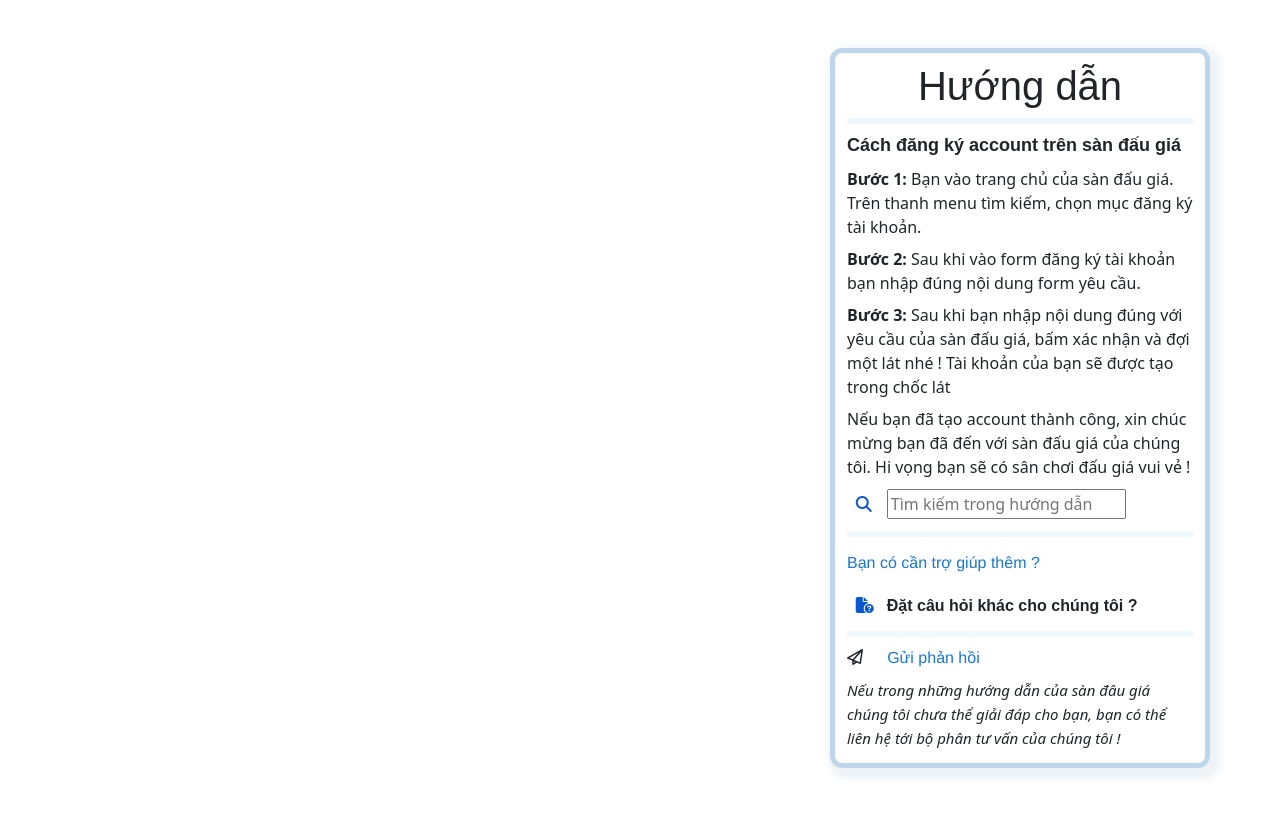
Repository: SonPhamThe/C0622G1-module5
Page: prototype--module6/guides/guide1.html
The author's editor kept a copy of each file at every save. The page is drawn from the files as they stood at one save, then again after a run of saves.
The browser window is 1280 px wide. The pictures show the whole page.
Some web libraries are served in a nearby version.

Above is the page before, as saved 2022-12-07 15:22:07.

### prototype--module6/guides/guide1.html
<!DOCTYPE html>
<html lang="en">
  <head>
    <meta charset="UTF-8" />
    <meta
      name="viewport"
      content="width=device-width, user-scalable=no, initial-scale=1.0, maximum-scale=1.0, minimum-scale=1.0"
    />
    <meta http-equiv="X-UA-Compatible" content="ie=edge" />
    <title>Trang chủ hướng dẫn</title>
    <link rel="stylesheet" href="guide1.css" />
    <link rel="icon" type="image/x-icon" href="favicon.ico" />

    <link
      rel="stylesheet"
      href="https://cdnjs.cloudflare.com/ajax/libs/font-awesome/6.2.1/css/all.min.css"
    />

    <link
      href="https://cdn.jsdelivr.net/npm/bootstrap@5.1.3/dist/css/bootstrap.min.css"
      rel="stylesheet"
      integrity="sha384-1BmE4kWBq78iYhFldvKuhfTAU6auU8tT94WrHftjDbrCEXSU1oBoqyl2QvZ6jIW3"
      crossorigin="anonymous"
    />
    <script
      src="https://cdn.jsdelivr.net/npm/bootstrap@5.1.3/dist/js/bootstrap.bundle.min.js"
      integrity="sha384-ka7Sk0Gln4gmtz2MlQnikT1wXgYsOg+OMhuP+IlRH9sENBO0LRn5q+8nbTov4+1p"
      crossorigin="anonymous"
    ></script>
    <link
      rel="stylesheet"
      href="https://cdnjs.cloudflare.com/ajax/libs/font-awesome/5.15.4/css/all.min.css"
    />
  </head>
  <body>
    <!--Khi chọn mục hướng dẫn trên navbar sẽ đổ modal xuống. Ở trang chủ hướng dẫn em tính làm gồm những phần:
      Cách đăng ký account,
      Thay đổi hoặc đặt lại mật khẩu của bạn,
      Quản lý mật khẩu, vv....
      Khi click một trong số option sẽ chuyển qua một form chứa nội dung của từng tiêu đề đó
     -->
    <div class="container mb-5 mt-5">
      <div class="row">
        <div class="col-lg-4"></div>
        <div class="col-lg-4"></div>
        <div class="boxed col-lg-4 shadow-md" style="height: 100% !important">
          <form>
            <div class="mt-1 text-center">
              <h1 style="font-family: sans-serif">Hướng dẫn</h1>
            </div>
            <div
              class="mb-2"
              style="height: 6px; background-color: aliceblue; width: 100%"
            ></div>
            <div class="mb-2">
              <label
                ><strong style="font-family: sans-serif; font-size: large"
                  >Cách đăng ký account trên sàn đấu giá</strong
                ></label
              >
            </div>
            <div class="mb-2">
              <span>
                <strong>Bước 1: </strong>
                Bạn vào trang chủ của sàn đấu giá. Trên thanh menu tìm kiếm,
                chọn mục đăng ký tài khoản.
              </span>
            </div>
            <div class="mb-2">
              <span>
                <strong>Bước 2: </strong>
                Sau khi vào form đăng ký tài khoản bạn nhập đúng nội dung form
                yêu cầu.
              </span>
            </div>
            <div class="mb-2">
              <span>
                <strong>Bước 3: </strong>
                Sau khi bạn nhập nội dung đúng với yêu cầu của sàn đấu giá, bấm
                xác nhận và đợi một lát nhé ! Tài khoản của bạn sẽ được tạo
                trong chốc lát
              </span>
            </div>

            <div class="mb-2">
              <span>
               Nếu bạn đã tạo account thành công, xin chúc mừng bạn đã đến với sàn đấu giá của chúng tôi. Hi vọng bạn sẽ có sân chơi đấu giá vui vẻ !
              </span>
            </div>

            <div class="mb-2">
              <i class="fa-solid fa-magnifying-glass"></i>
              <input
                type="search"
                class="search"
                placeholder="Tìm kiếm trong hướng dẫn"
              />
            </div>
            <div
              class="mb-2"
              style="height: 6px; background-color: aliceblue; width: 100%"
            ></div>

            <div class="mb-2">
              <h6
                class="mt-3 mb-3"
                style="color: #1976d2; font-family: Helvetica"
              >
                Bạn có cần trợ giúp thêm ?
              </h6>
              <div class="mb-2">
                <i class="fa-solid fa-file-circle-question"></i>
                <label style="font-family: sans-serif"
                  ><strong>Đặt câu hỏi khác cho chúng tôi ?</strong></label
                >
              </div>
              <div
                class="mb-2"
                style="height: 6px; background-color: aliceblue; width: 100%"
              ></div>
              <div class="mb-2">
                <i class="fa-regular fa-paper-plane"></i>
                <label
                  style="
                    color: #1976d2;
                    font-family: Helvetica;
                    margin-left: 20px;
                  "
                >
                  Gửi phản hồi
                </label>
              </div>
            </div>
          </form>
          <div class="mb-2">
            <span style="font-size: 15px" class="fst-italic"
              >Nếu trong những hướng dẫn của sàn đâu giá chúng tôi chưa thể giải
              đáp cho bạn, bạn có thể liên hệ tới bộ phân tư vấn của chúng tôi
              !</span
            >
          </div>
        </div>

        <div class="col-lg-3"></div>
      </div>
    </div>
  </body>
  <script src="//ajax.googleapis.com/ajax/libs/jquery/1.9.1/jquery.min.js"></script>
  <script
    src="https://cdn.jsdelivr.net/npm/popper.js@1.12.9/dist/umd/popper.min.js"
    integrity="sha384-ApNbgh9B+Y1QKtv3Rn7W3mgPxhU9K/ScQsAP7hUibX39j7fakFPskvXusvfa0b4Q"
    crossorigin="anonymous"
  ></script>
</html>

### prototype--module6/guides/guide1.css
.boxed {
  width: 400px;
  height: 550px;
}

.boxed {
  border: 5px solid;
  border-image-slice: 1;
  border-color: rgb(189, 214, 236);
  padding: 5px;
  border-radius: 12px;
  background-color: transparent;
  box-shadow: 5px 5px 7px 6px  rgb(238, 243, 247);
}

.fa-solid {
  color: #0b57d0;
  height: 1.125rem;
  margin: 0.55rem;
  visibility: initial;
  width: 1.125rem;
}

After the next 2 saves:
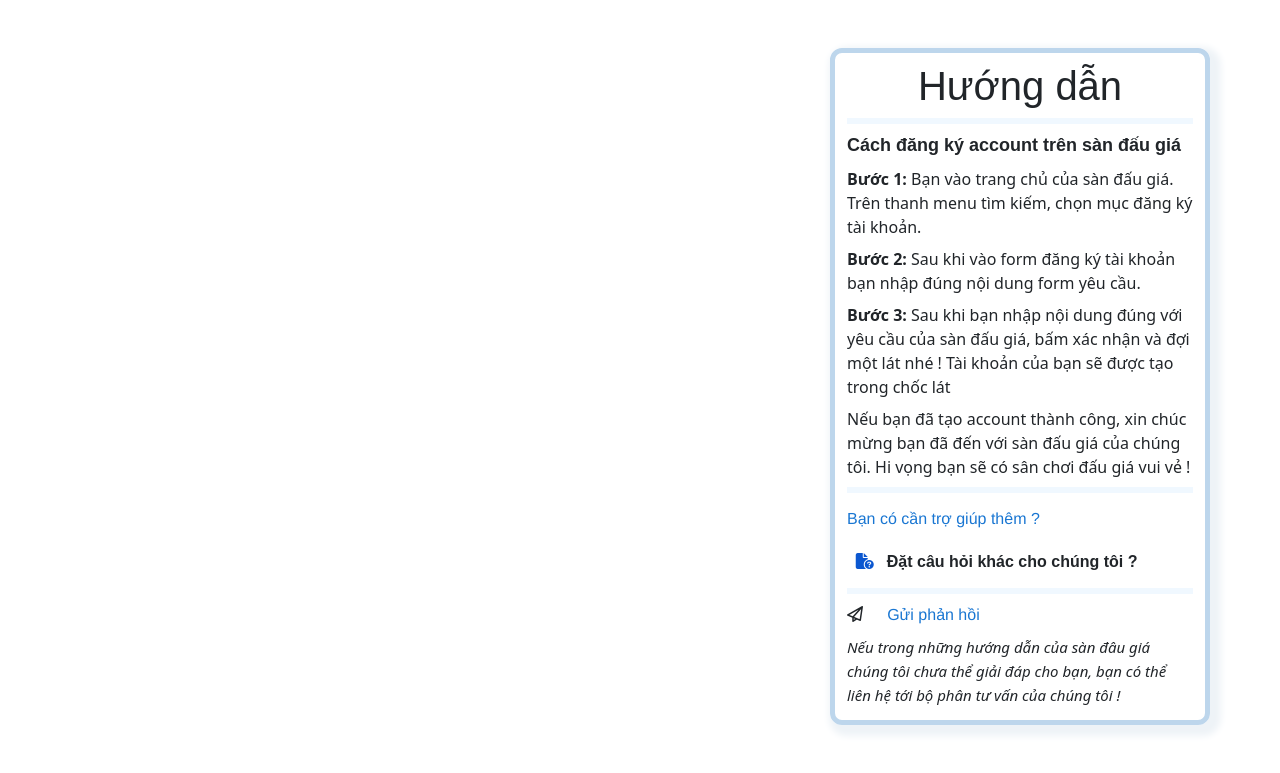
The 2 saves are shown as one change because they came seconds apart.
The last was saved 7 s later.
--- a/prototype--module6/guides/guide1.html
+++ b/prototype--module6/guides/guide1.html
@@ -88,14 +88,6 @@
               </span>
             </div>
 
-            <div class="mb-2">
-              <i class="fa-solid fa-magnifying-glass"></i>
-              <input
-                type="search"
-                class="search"
-                placeholder="Tìm kiếm trong hướng dẫn"
-              />
-            </div>
             <div
               class="mb-2"
               style="height: 6px; background-color: aliceblue; width: 100%"
